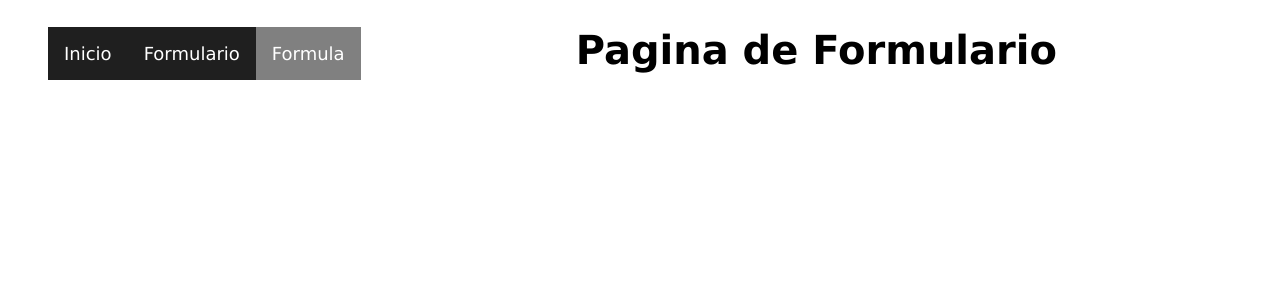
Repository: misterySnow94/tutoriales
Page: pagina basica/formula.html
The author's editor kept a copy of each file at every save. The page is drawn from the files as they stood at one save, then again after the next save.
The browser window is 1280 px wide. The pictures show the whole page.

Above is the page before, as saved 2019-11-03 23:43:08.

### pagina basica/formula.html
<!DOCTYPE html>
<html lang="en">
<head>
    <meta charset="UTF-8">
    <meta name="viewport" content="width=device-width, initial-scale=1.0">
    <meta http-equiv="X-UA-Compatible" content="ie=edge">
    <title>inicio</title>
    <link rel="stylesheet" href="css/style.css">
</head>
<body>
    <nav>
        <ul>
            <li><a href="index.html"> Inicio </a></li>
            <li><a href="formulario.html">Formulario</a></li>
            <li class="active"><a href="formula.html">Formula</a></li>
        </ul>
    </nav>

    <div class="contenido">
        <h1>Pagina de Formulario</h1>
    </div>
</body>
</html>

### pagina basica/css/style.css
body{
    font-family: 'Lucida Sans', 'Lucida Sans Regular', 'Lucida Grande', 'Lucida Sans Unicode', Geneva, Verdana, sans-serif;
}

li{
    float: left;
    list-style: none;
    padding: 16px;
    background-color: rgb(31, 31, 31);
}

.active{
    background-color: gray;
}

li:hover{
    background-color: gray;
}

a{
    color: white;
    text-decoration: none;
    font-size: 18px;
}

h1{
    text-align: center;
    font-size: 40px;
}

After the next save:
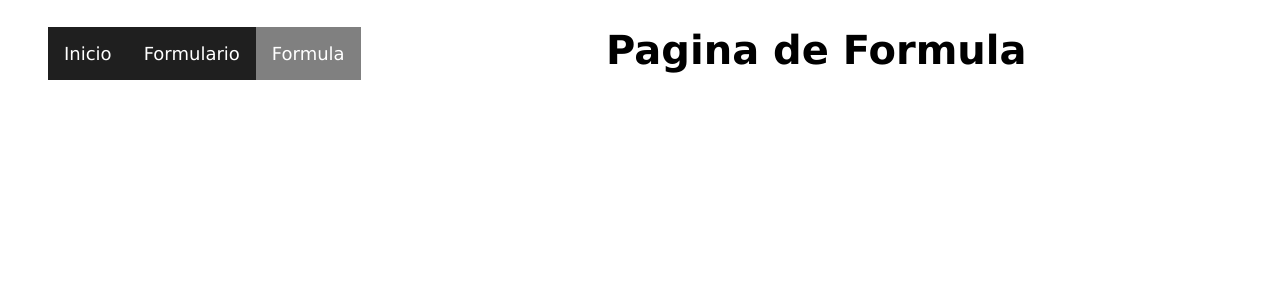
Saved 5 s later.
--- a/pagina basica/formula.html
+++ b/pagina basica/formula.html
@@ -17,7 +17,7 @@
     </nav>
 
     <div class="contenido">
-        <h1>Pagina de Formulario</h1>
+        <h1>Pagina de Formula</h1>
     </div>
 </body>
 </html>
